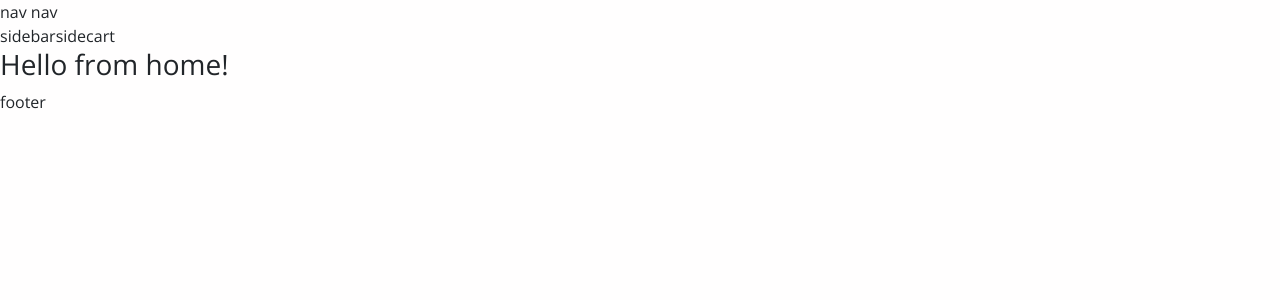
Repository: CaptainStorm21/react16-techstore
Page: /
An editor plug-in stored every save of this project. The page is shown before and after a run of saves, followed by the edit.
The browser window is 1280 px wide. The pictures show the whole page.
Some web fonts or font styles are not loaded; a fallback is used. The project was rebuilt for these pictures with package versions that can differ from the ones it lists, and the page was loaded fresh each time. Also part of the build but not shown: src/pages/ContactPage.js, src/pages/ProductsPage.js, src/pages/AboutPage.js, src/pages/SingleProductPage.js, src/pages/DefaultPage.js, src/pages/CartPage.js.

Above is the page before, as saved 2020-05-08 14:53:33.

### public/index.html
<!DOCTYPE html>
<html lang="en">
  <head>
    <meta charset="utf-8" />
    <link rel="icon" href="%PUBLIC_URL%/favicon.ico" />
    <meta name="viewport" content="width=device-width, initial-scale=1" />
    <meta name="theme-color" content="#000000" />
    <meta
      name="description"
      content="Web site created using create-react-app"
    />
    <link rel="apple-touch-icon" href="%PUBLIC_URL%/logo192.png" />
    <!--
      manifest.json provides metadata used when your web app is installed on a
      user's mobile device or desktop. See https://developers.google.com/web/fundamentals/web-app-manifest/
    -->
    <link rel="manifest" href="%PUBLIC_URL%/manifest.json" />
    <!--
      Notice the use of %PUBLIC_URL% in the tags above.
      It will be replaced with the URL of the `public` folder during the build.
      Only files inside the `public` folder can be referenced from the HTML.

      Unlike "/favicon.ico" or "favicon.ico", "%PUBLIC_URL%/favicon.ico" will
      work correctly both with client-side routing and a non-root public URL.
      Learn how to configure a non-root public URL by running `npm run build`.
    -->
    <title>Tech Store</title>
  </head>
  <body>
    <noscript>You need to enable JavaScript to run this app.</noscript>
    <div id="root"></div>
    <!--
      This HTML file is a template.
      If you open it directly in the browser, you will see an empty page.

      You can add webfonts, meta tags, or analytics to this file.
      The build step will place the bundled scripts into the <body> tag.

      To begin the development, run `npm start` or `yarn start`.
      To create a production bundle, use `npm run build` or `yarn build`.
    -->
  </body>
</html>

### src/index.js
import React from "react";
import ReactDOM from "react-dom";
import "./index.css";
import App from "./App";
import * as serviceWorker from "./serviceWorker";

//Router setup
import { BrowserRouter as Router } from "react-router-dom";

//Import context
import { ProductProvider} from './context';

ReactDOM.render(
  <ProductProvider>
        <Router>
      <App />
    </Router>
  </ProductProvider>, document.getElementById("root")
);

// If you want your app to work offline and load faster, you can change
// unregister() to register() below. Note this comes with some pitfalls.
// Learn more about service workers: https://bit.ly/CRA-PWA
serviceWorker.unregister();

### src/App.js
import React from 'react';
import './App.css';
import  'bootstrap/dist/css/bootstrap.min.css';
// import styled from 'styled-components';

// //react icon
// import {FaHome} from 'react-icons/fa';

//import pages
import HomePage from './pages/HomePage';
import ContactPage from './pages/ContactPage';
import ProductsPage from './pages/ProductsPage';
import AboutPage from './pages/AboutPage';
import SingleProductPage from './pages/SingleProductPage';
import DefaultPage from './pages/DefaultPage';
import CartPage from './pages/CartPage';

//import routes
import { Route, Switch } from 'react-router-dom';

//import skeleton component
import Navbar from './components/Navbar';
import Footer from './components/Footer';
import Sidebar from './components/Sidebar';
import Sidecart from './components/Sidecart';

function App() {
  return (
    <>
      <Navbar />
      <Sidebar />
      <Sidecart />

      {/* navbar, sidebar, cart, footer */}
      <Switch>
        <Route path="/" exact component={HomePage} />
        <Route path="/about" component={AboutPage} />
        <Route path="/contact" component={ContactPage} />
        <Route path="/products" exact component={ProductsPage} />
        <Route path="/products/:id" component={SingleProductPage} />
        <Route path="/cart" component={CartPage} />
        <Route component={DefaultPage} />
      </Switch>
      <Footer />
    </>
  );
}


export default App;

### src/context/context.js
import React, { Component } from "react";
const ProductContext = React.createContext();

// Provider
// Consumer

class ProductProvider extends Component {
  state = {
    sidebarOpen: false,
    cartOpen: false,
    cartItems: 0
  };
  //handle sidebar
  handleSidebar = () => {
    this.setState({ sidebarOpen: !this.state.sidebarOpen });
  };
  //handle sidecart
  handleCart = () => {
    this.setState({ cartOpen: !this.state.cartOpen });
  };

  //close cart
  closeCart = () => {
    this.setState({ cartOpen: false });
  };

  //open cart
  openCart = () => {
    this.setState({ cartOpen: true });
  };

  render() {
    return (
      <ProductContext.Provider
        value={{
          // sidebarOpen: this.state.sidebarOpen,
          ...this.state,
          handleSidebar: this.handleSidebar,
          handleCart: this.handleCart,
          closeCart: this.closeCart,
          openCart: this.openCart,
        }}
      >
        {this.props.children}
      </ProductContext.Provider>
    );
  }
}

const ProductConsumer = ProductContext.Consumer;
export { ProductProvider, ProductConsumer };

### src/App.css
@import url("https://fonts.googleapis.com/css?family=Monda:400,700|Open+Sans:400,700|Raleway:400,700&display=swap");

/* font-family: 'Raleway', sans-serif;
font-family: 'Open Sans', sans-serif;
font-family: 'Monda', sans-serif;
*/

/* sass */
:root {
  --primaryColor: #0a74bb;
  --primaryRGBA: rgba(0, 0, 0, 0.3);
  --mainGrey: #fffefede !important;
  --darkGrey: #1a1110;
  --mainWhite: #fff;
  --mainBlack: #222;
  --mainTransition: all 0.3s ease-in-out;
  --mainSpacing: 0.3rem;
}

.text-title {
  font-family: "Monda", sans-serif;
  font-weight: bold;
  letter-spacing: var(--mainSpacing);
  text-transform: capitalize;
}

.text-main {
  color: var(--primaryColor);
}

body {
  font-family: "Open Sans", sans-serif !important;
  background-color: var(--mainGrey) !important;
  color: var(--mainBlack);
}

### src/pages/HomePage.js
import React from 'react'
import {ProductConsumer} from '../context';

export default function HomePage() {
    return (
      <>
        <ProductConsumer>
                {value => {
                    // console.log(value);
                    return <h3>Hello from home!</h3>
                }}
        </ProductConsumer>
      </>
    );
}

### src/components/Navbar.js
import React from 'react'
//icons
import { FaBars, FaCart } from 'react-icons/fa';
import styled from 'styled-components';
import { ProductConsumer } from '../context';
//logo
import logo from '../images/logo.svg';

export default function Navbar() {
    return (
        <ProductConsumer>
            {value => {
                const { cartItems, handleSidebar, handleCart } = value;

                return <nav> nav nav </nav>
            }}
        </ProductConsumer>
    )
}

const NavWrapper = styled.nav`

`

### src/components/Footer.js
import React from 'react'

export default function Footer() {
    return (
        <>
            footer
        </>
    )
}

### src/components/Sidebar.js
import React from 'react'

export default function Sidebar() {
    return (
        <>
            sidebar
        </>
    )
}

### src/components/Sidecart.js
import React from 'react'

export default function Sidecart() {
    return (
        <>
            sidecart
        </>
    )
}

Loaded but not shown: src/index.css (common file); src/serviceWorker.js (common file)

After the next 3 saves:
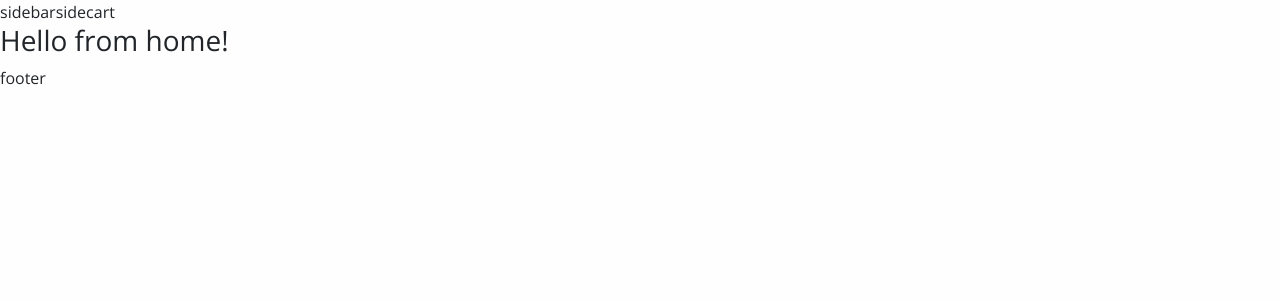
The 3 saves are shown as one change because 1 did not build or start and some came seconds apart.
The last was saved 24 s later.
--- a/src/components/Navbar.js
+++ b/src/components/Navbar.js
@@ -12,7 +12,7 @@ export default function Navbar() {
             {value => {
                 const { cartItems, handleSidebar, handleCart } = value;
 
-                return <nav> nav nav </nav>
+                return <NavWrapper></NavWrapper>
             }}
         </ProductConsumer>
     )
